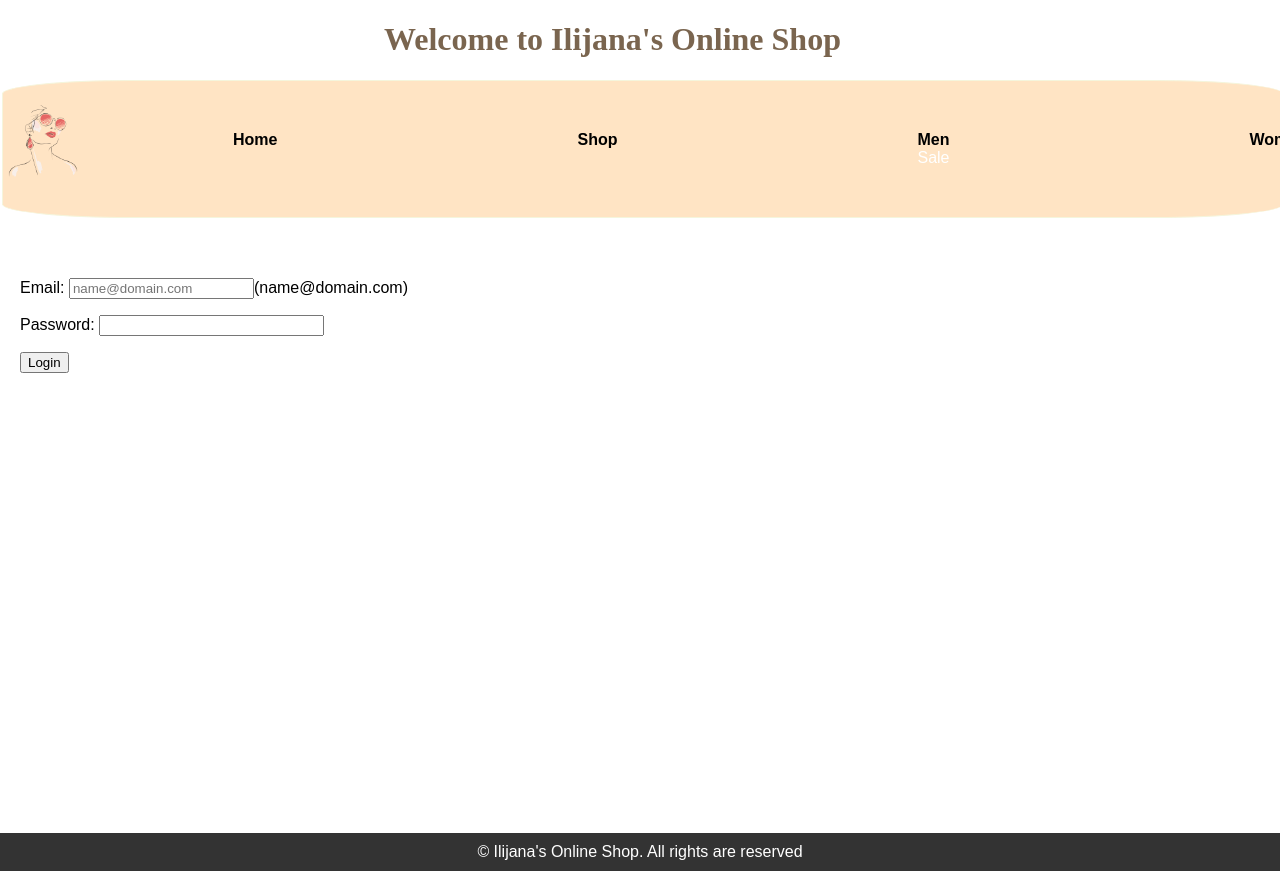
Repository: ilijana123/Proekt1
Page: html.html
An editor plug-in stored every save of this project. The page is shown before and after the next save, followed by the edit.
The browser window is 1280 px wide. The pictures show the whole page.

Above is the page before, as saved 2023-11-13 01:53:47.

### html.html
<!DOCTYPE html>
<html>
    <head>

    <meta charset="utf-8">
    <title>Online shop</title>
    <link rel="stylesheet" type="text/css" href="1.css">
    <script src="script.js"></script>

    </head>

    <body>
    <header>
       <h1>Welcome to Ilijana's Online Shop</h1>
    </header>

    <nav>
        <div class="social-call">
        <div class="social">
            <a href="#"><i class="fab fa-facebook-f"></i></a>
            <a href="#"><i class="fab fa-twitter"></i></a>
            <a href="#"><i class="fab fa-youtube"></i></a>
            <a href="#"><i class="fab fa-instagram"></i></a>
        </div>
        </div>
        <div class="navigation">
            <a href="#" class="logo"><img src="logo.png"></a>
            <div class="toggle"></div>
            <ul class="menu">
            <li><a href="#">Home</a></li>
            <li  class="shop"><a href="#" >Shop</a></li>
            <li><a href="#">Men</a>
                <span class="sale-lable">Sale</span>
            </li>
            <li><a href="#">Women</a></li>
            <li><a href="#">Kids</a></li>
            </ul>
            <div class="right-menu">
            <a href="javascript:void(0);" class="search">
                <i class="fas fa-search"></i>
            </a>
            <a href="javascript:void(0);" class="user">
                <i class="far fa-user"></i>
            </a>
            <a href="#">
                <i class="fas fa-shopping-cart">
                    <span class="num-cart-product">0</span>
                </i>
            </a>
            </div>
        </div>
    </nav>

       <section id="home">
            <h2>Home</h2>
            <p>Opis</p>
        </section>

        <section id="contact">
            <form method="post" autocomplete="on">
                <p><label>Email:
                    <input type="email" id="email"
                        placeholder="name@domain.com"/>(name@domain.com)
                </label></p>
                <p><label>Password:
                    <input type="password" id="password" size="25"
                        placeholder=""/>
                </label></p>
                <button onclick="btnClicked()">Login</button>
            </form>
       </section>

       <section id="category1"></section>
       <section id="category2"></section>
       <section id="category3"></section>
       <section id="instagram"></section>
      <section id="survey">
      </section>
      <section id="questionnaire">
      </section>
      <section id="contact">
      </section>
       <footer> &copy; Ilijana's Online Shop. All rights are reserved</footer>

    </body>
</html>

### 1.css
h1  {
     font-family: fantasy;
        color:rgb(122, 101, 79);
        position:relative;
        margin-left: 30%;
        text-decoration:double;
        text-decoration-color: aliceblue;
    }
    body
    {
        margin: 0;
        padding: 0;
        font-family: Arial, sans-serif;
    }
    .navigation
    {
        display:flex;
        justify-content: space-between;
        allign-items: center;
        background-color:bisque;
        margin:auto;
        position: fixed;
        color: white;
        padding:auto;
        left: 2px;
        right: 2px;
        width: 100%;
        z-index: 100;
        border: 1px solid rgba(0,0,0,03);
        border-radius: 10%;
        border-color: beige;
        border-right: lightsalmon;
    }
    nav ul
    {
        list-style-type: none;
        margin: 0;
        padding: 0;
        display: flex;
        margin-top: 50px;
        flex-direction: row;

    }

    nav ul li
    {
        display: block;
        margin-bottom: 50px;
        margin-right: 150px;
        margin-left:150px;
    }
    section {
        padding: 20px;
        margin: 20px 0;
    }
    nav a {
        text-decoration:solid;
        color:black;
        font-weight: bold;

    }
    nav a:hover {
        color: #555;
    }

    footer {
        background-color: #333;
        color: white;
        text-align: center;
        padding: 10px;
    }
    .logo img
    {
        height: 80px;
        margin-top: 20px;
    }

### script.js
function btnClicked()
{
    document.location.href="html1.html";
}

After the next save:
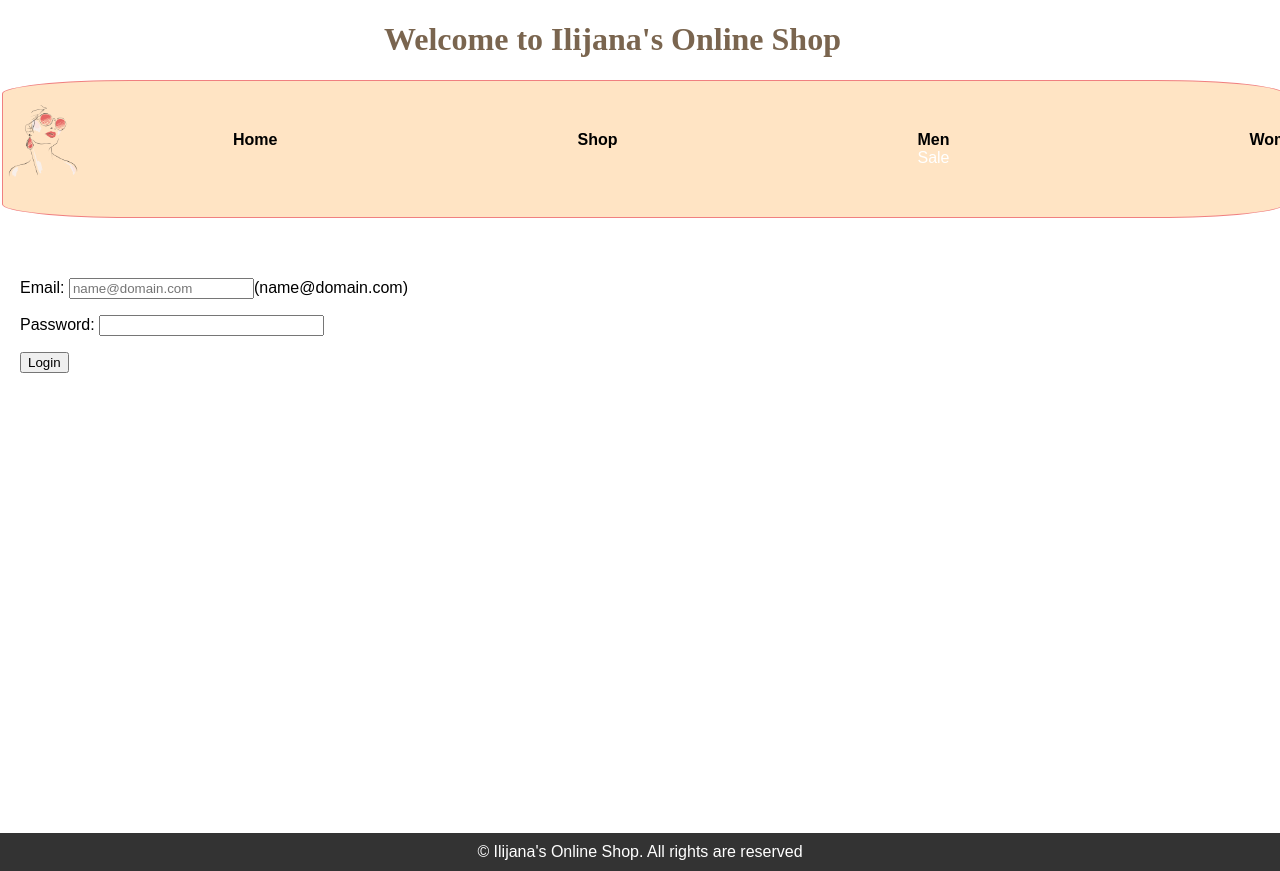
Saved 8 s later.
--- a/1.css
+++ b/1.css
@@ -28,8 +28,7 @@ h1  {
         z-index: 100;
         border: 1px solid rgba(0,0,0,03);
         border-radius: 10%;
-        border-color: beige;
-        border-right: lightsalmon;
+        border-color: lightcoral;
     }
     nav ul
     {
